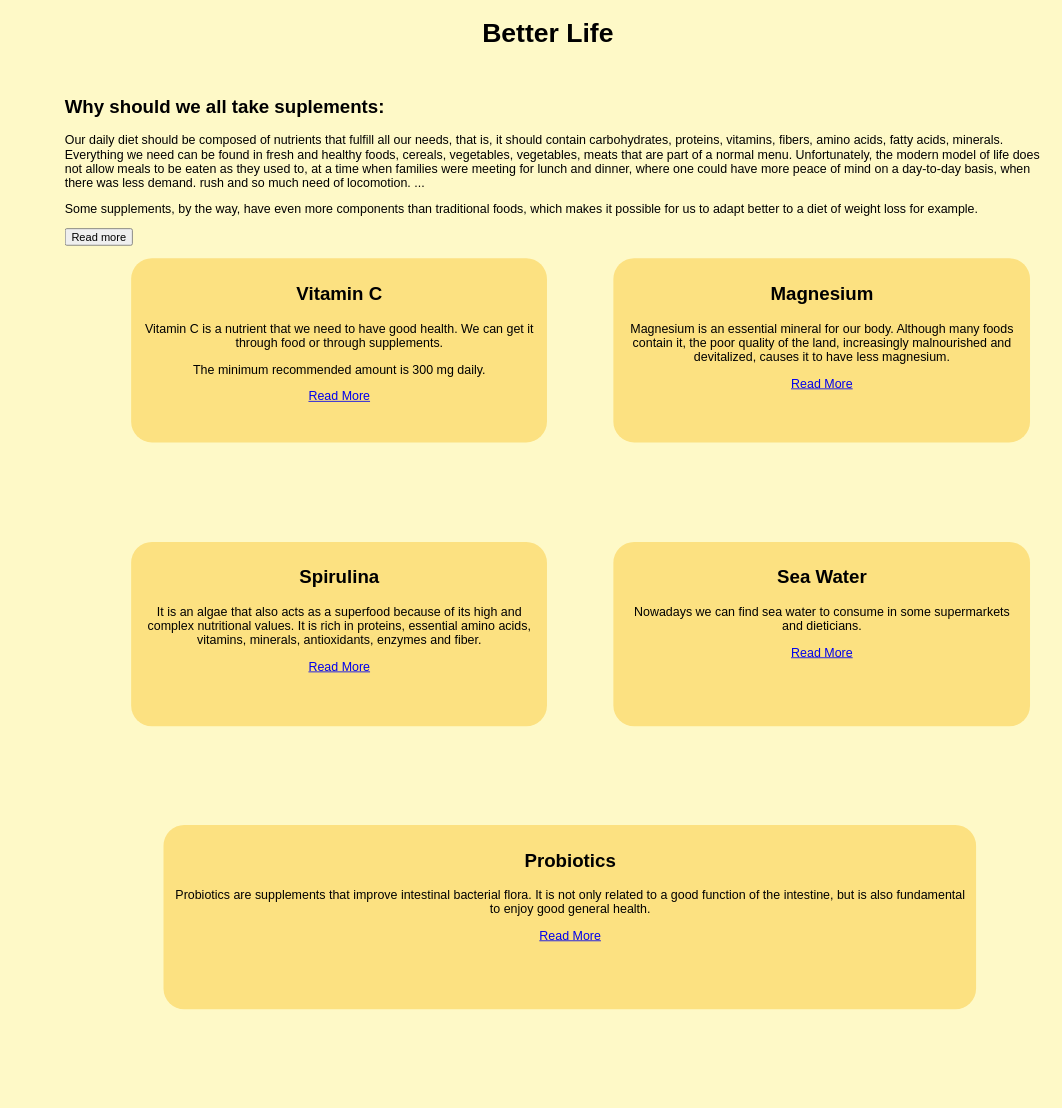
Repository: DSerenoG/Assessment2
Page: index.html
The author's editor kept a record of every edit. The page is drawn from the files as they stood at one moment, then again after the next edit.
The browser window is 1280 px wide. The pictures show the whole page, at 83% of full size.

Above is the page before.

### index.html
<!DOCTYPE html>
<html lang="en">
<head>
    <meta charset="UTF-8">
    <meta name="viewport" content="width=device-width, initial-scale=1.0">
    <meta http-equiv="X-UA-Compatible" content="ie=edge">
    <link rel="stylesheet" href="css/main.css" type="text/css" />
    <title>Document</title>
</head>
<body>


    <div id = "head">
        <ul>
             <h1>Better Life</h1>
        </ul>
    </div>

    <div id ="main_section">

        <reason style="width:40%">
            <h2>Why should we all take suplements: </h2>
            <p>Our daily diet should be composed of nutrients that fulfill all our needs, that is, it should contain carbohydrates, proteins, vitamins, fibers, amino acids, fatty acids, minerals. Everything we need can be found in fresh and healthy foods, cereals, vegetables, vegetables, meats that are part of a normal menu.
            Unfortunately, the modern model of life does not allow meals to be eaten as they used to, at a time when families were meeting for lunch and dinner, where one could have more peace of mind on a day-to-day basis, when there was less demand. rush and so much need of locomotion. <span id="dots">...</span><span id="more">
            That's where the supplements come in. Supplements are nothing more than complements of the nutrients we need, but produced chemically, so that we have in our bodies what normal food could provide us.
            <p>Some supplements, by the way, have even more components than traditional foods, which makes it possible for us to adapt better to a diet of weight loss for example.
            <p><button onclick="myFunction()" id="myBtn">Read more</button>
             </span></p>

        </reason>

        <suplement1  id="boxes">
            <h2>Vitamin C</h2>
            <p>Vitamin C is a nutrient that we need to have good health. We can get it through food or through supplements.</p>
            <p>The minimum recommended amount is 300 mg daily.</p>
            <a href="suplement_1.html">Read More</a>
        </suplement1>

        <suplement2  id="boxes">
            <h2>Magnesium</h2>
            <p>Magnesium is an essential mineral for our body. Although many foods contain it, the poor quality of the land, increasingly malnourished and devitalized, causes it to have less magnesium.</p>
            <a href="suplement_2.html">Read More</a>

        </suplement2>

        <suplement3  id="boxes">
            <h2>Spirulina</h2>
            <p>It is an algae that also acts as a superfood because of its high and complex nutritional values. It is rich in proteins, essential amino acids, vitamins, minerals, antioxidants, enzymes and fiber.</p>
             <a href="suplement_3.html">Read More</a>
        </suplement3>

        <suplement4 id="boxes">
            <h2>Sea Water</h2>
            <p>Nowadays we can find sea water to consume in some supermarkets and dieticians. </p>
            <a href="suplement_4.html">Read More</a>
        </suplement4>

        <suplement5 style="width:80%" >
            <h2>Probiotics</h2>
            <p>Probiotics are supplements that improve intestinal bacterial flora. It is not only related to a good function of the intestine, but is also fundamental to enjoy good general health.</p>
            <a href="suplement_5.html">Read More</a>
        </suplement5>

        <script type="text/javascript">
        function myFunction() {
          var dots = document.getElementById("dots");
          var moreText = document.getElementById("more");
          var btnText = document.getElementById("myBtn");

          if (dots.style.display === "none") {
            dots.style.display = "inline";
            btnText.innerHTML = "Read more";
            moreText.style.display = "none";
          } else {
            dots.style.display = "none";
            btnText.innerHTML = "Read less";
            moreText.style.display = "inline";
          }
        }
        </script>

    </div>
</body>
</html>

### css/main.css
#head{
    text-align: center;
    margin-bottom: 1%;
    font-family: arial;
}

body{
    background-color:#FEF9C7;
}

#main_section{
    font-size: 15px;
    font-family: arial;
    margin-left: 70px;
}

reason{
    margin-bottom: 3%;
    padding: 1%;
}


suplement5{
    margin: auto;
    padding:1%;
    text-align: center;
    font-size: 15px;
    float: left;
    margin-left: 10%;
    margin-right: -50%;
    margin-bottom: 10%;
    background-color:#FCE181;
    height: 25ex;
    font-family: arial;
     border-radius:25px;
}

#boxes{
    width: 40%;
    background-color:#FCE181;
    padding: 1%;
    text-align:center;
    font-size: 15px;
    float: left;
    margin-left: 80px;
    margin-bottom: 10%;
    height: 25ex;
    font-family: arial;
    border-radius:25px;

}

#b1{
    width: 40%;
    background-color:#FCE181;
    padding: 1%;
    text-align:center;
    font-size: 15px;
    float: left;

    margin-top: 1.5%;
    margin-left: 80px;
    margin-bottom: 10%;
    height: 25ex;
    font-family: arial;
    border-radius:25px;

}

#d1{
   width:90%;
    background-color:#FCE181;
    padding: 1%;
    text-align:center;
    font-size: 15px;
    float: left;
    margin-left: 3%;
    margin-bottom: 10%;
    height: auto;
    font-family: arial;
    border-radius:25px;
}

#text{
    width: 500px;
    margin:0px;
    display: inline-block;
    float:left;
}

#image{
    float:right;
    margin-right: 270px;
    margin-top: 80px;

}

#more {display: none;}


#p{
    padding-top: 300px;
    float: left;
    margin-left: 5%;
}

After the next edit:
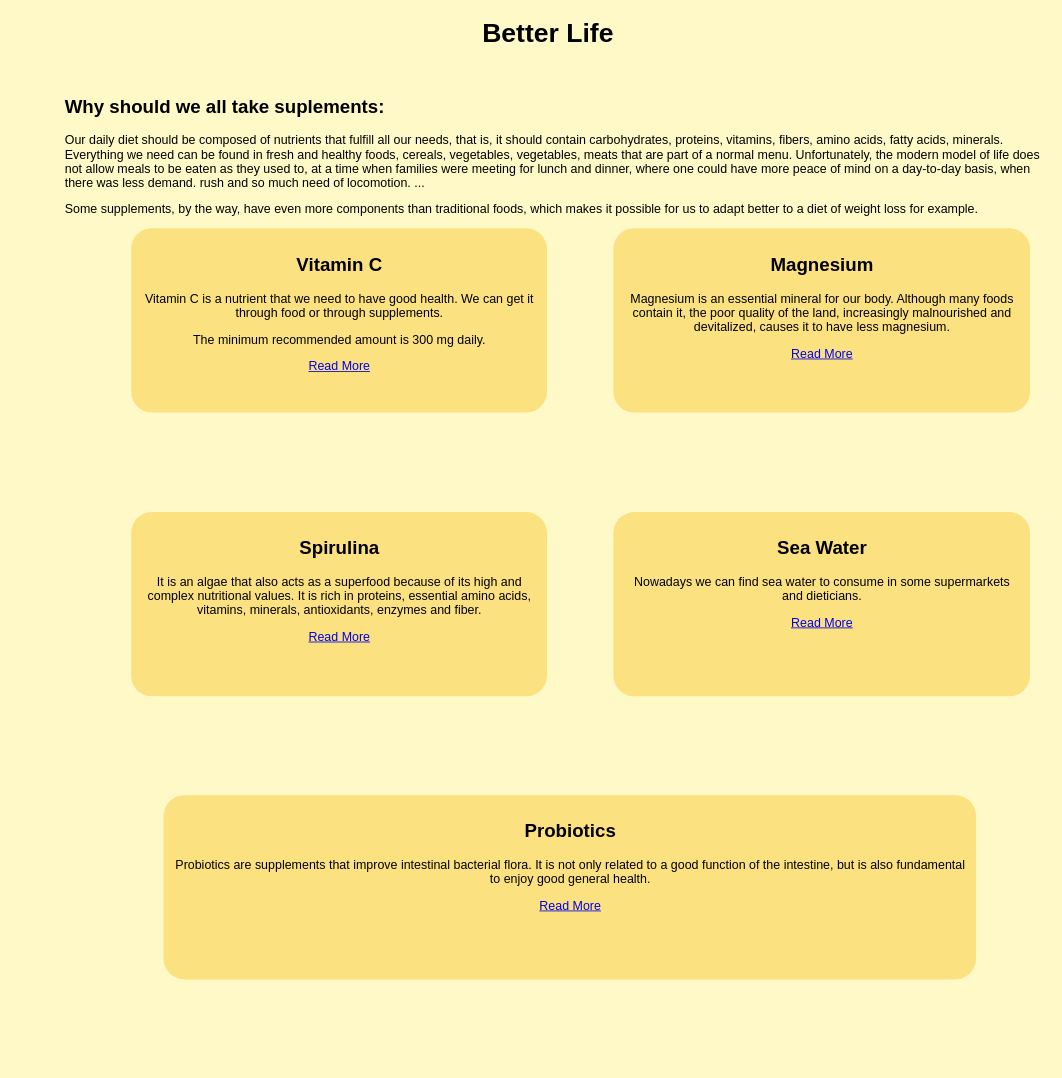
The edit:
--- a/index.html
+++ b/index.html
@@ -24,7 +24,7 @@
             Unfortunately, the modern model of life does not allow meals to be eaten as they used to, at a time when families were meeting for lunch and dinner, where one could have more peace of mind on a day-to-day basis, when there was less demand. rush and so much need of locomotion. <span id="dots">...</span><span id="more">
             That's where the supplements come in. Supplements are nothing more than complements of the nutrients we need, but produced chemically, so that we have in our bodies what normal food could provide us.
             <p>Some supplements, by the way, have even more components than traditional foods, which makes it possible for us to adapt better to a diet of weight loss for example.
-            <p><button onclick="myFunction()" id="myBtn">Read more</button>
+
              </span></p>
 
         </reason>
